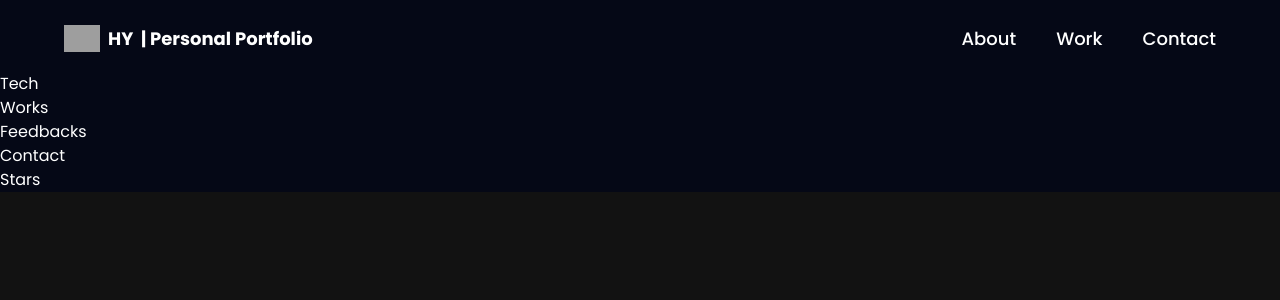
Repository: huiyyee/3d_portfolio
Page: /
An editor plug-in stored every save of this project. The page is shown before and after a run of saves, followed by the edit.
The browser window is 1280 px wide. The pictures show the whole page.
Pictures or frames that could not be fetched are drawn as grey boxes. The project was rebuilt for these pictures with package versions that can differ from the ones it lists, and the page was loaded fresh each time. Also part of the build but not shown: vite.config.js, src/components/canvas/Earth.jsx, src/components/canvas/Ball.jsx, src/components/canvas/Computers.jsx.

Above is the page before, as saved 2024-10-10 00:50:25.

After the next 3 saves:
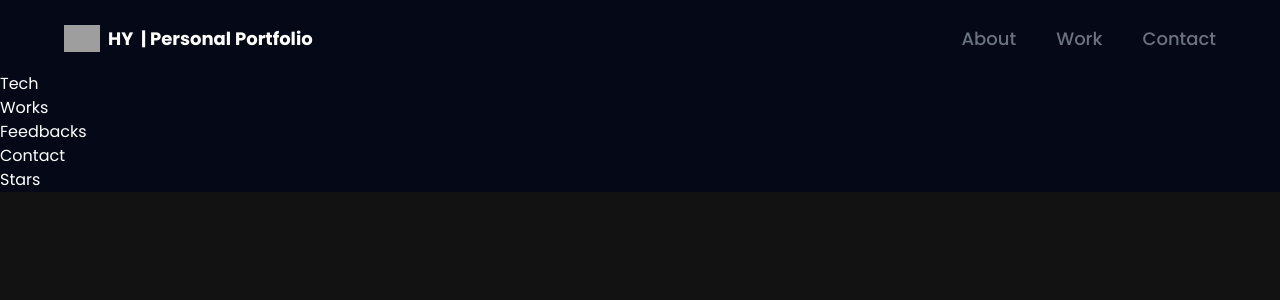
The 3 saves are shown as one change because they came seconds apart.
The last was saved 13 s later.
--- a/src/components/Navbar.jsx
+++ b/src/components/Navbar.jsx
@@ -40,6 +40,7 @@
                 ? "text-white"
                 : "text-secondary"
             }hover:text-white text-[18px]
+            text-gray-500
             font-medium cursor-pointer`}
             onClick={() => setActive(Link.title)}
           >

After the save that followed:
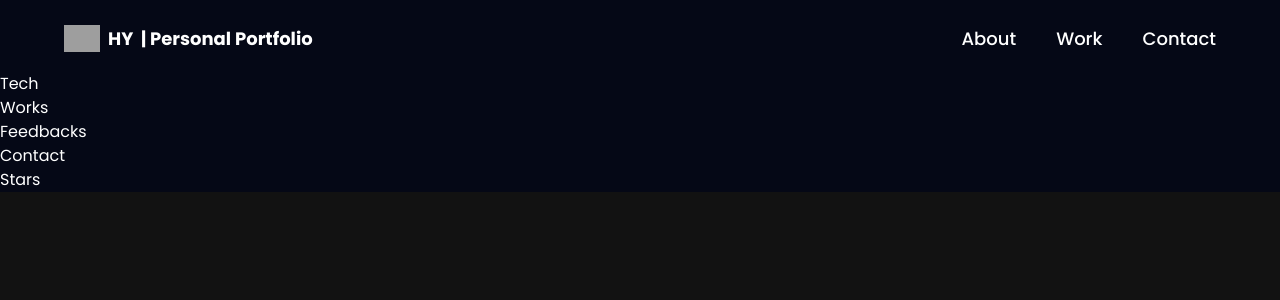
Saved 20 s later.
--- a/src/components/Navbar.jsx
+++ b/src/components/Navbar.jsx
@@ -35,12 +35,12 @@
           {navLinks.map((Link)=>(
           <li
             key={Link.id}
+            text-gray-500
             className={`${
               active === Link.title
                 ? "text-white"
                 : "text-secondary"
             }hover:text-white text-[18px]
-            text-gray-500
             font-medium cursor-pointer`}
             onClick={() => setActive(Link.title)}
           >
